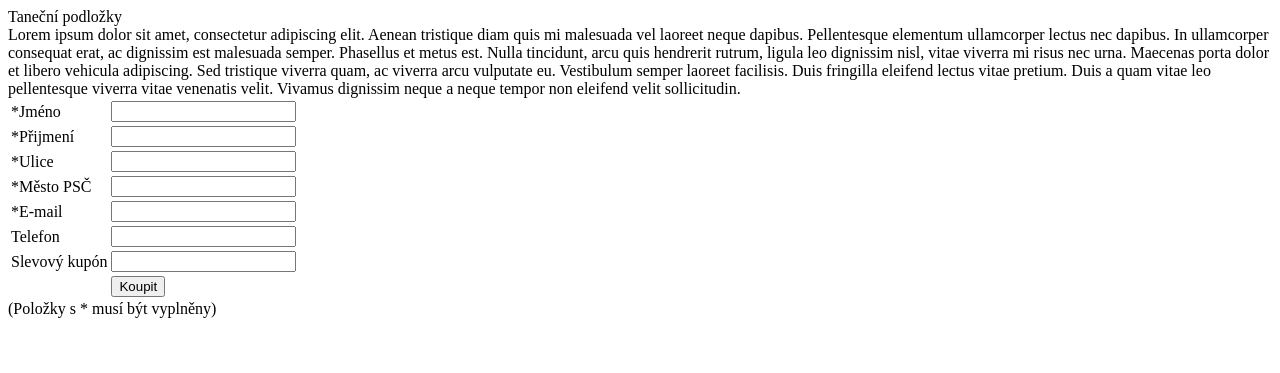
Repository: shadowroot/workspace
Page: http://localhost/
The author's editor kept a copy of each file at every save. The page is drawn from the files as they stood at one save, then again after the next save.
The browser window is 1280 px wide. The pictures show the whole page.
The page is run by PHP 8.4 with error messages shown; the project is at /var/www/html/.

Above is the page before, as saved 2011-11-30 21:12:50.

After the next save:
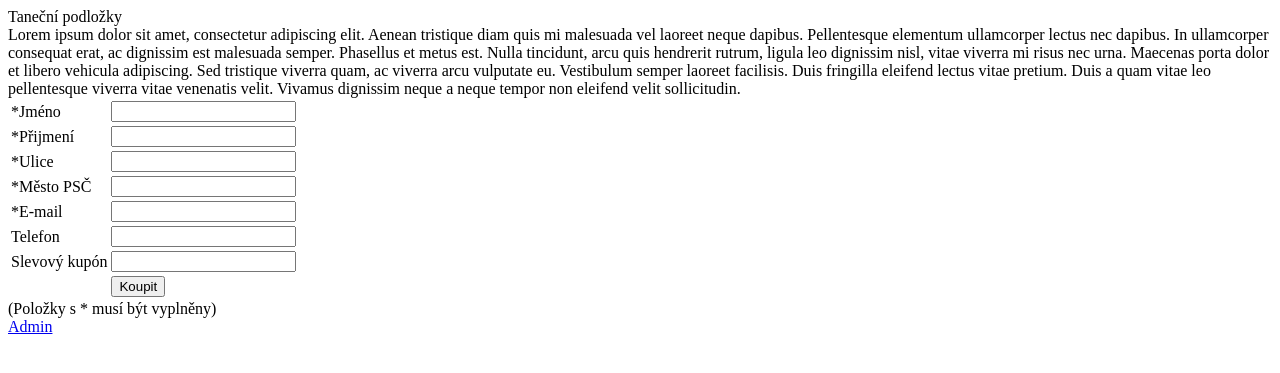
Saved 54 s later.
--- a/tommys_job/index.php
+++ b/tommys_job/index.php
@@ -85,5 +85,6 @@
 			<div id="minimal">(Položky s * musí být vyplněny)</div>
 		</form>
 	</div>
+	<div id="footer"><a href="view.php">Admin</a></div>
 </body>
 </html>
